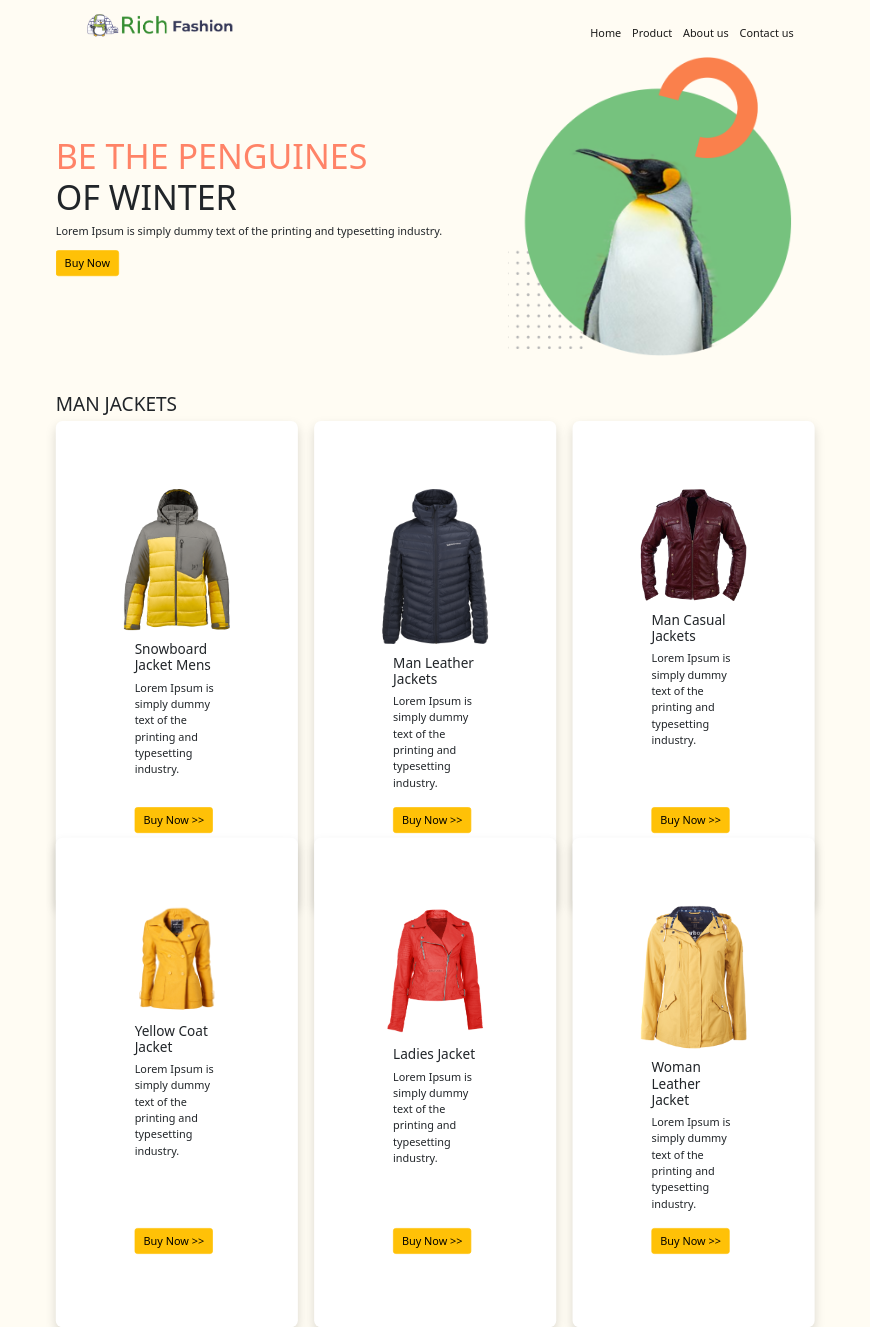
Repository: sabbircse3/fashion
Page: index.html
These files come from the project's save history. The page is drawn as it stood at one moment and after a run of saves; the edit follows.
The browser window is 1280 px wide. The pictures show the whole page, at 68% of full size.

Above is the page before, as saved 2021-01-14 02:37:17.

### index.html
<!DOCTYPE html>
<html lang="en">
<head>
    <meta charset="UTF-8">
    <meta name="viewport" content="width=device-width, initial-scale=1.0">
    <title>Rich Fashion</title>

    <link rel="stylesheet" href="css/bootstrap.min.css">
    <style>
        .bg{
            background-color: #fffbf0be;
        }
        #hmenu{
            margin: 20px 0px 0px 500px;
        }
        .half-width{
            width: 35%;
            float: left;
            margin-left: 9%;
            padding-left: 2%;
        }
        .half-width h1{
            margin-top: 150px;
        }
        .half-width img{
            width: 100%;
        }
        section{
            height: 550px;
        }
        h1{
            font-size: 50px;
        }
        h2{
            font-size: 40px;
        }
        .name-highlight{
            color: #FF8367;
        }
        .cat1, .cat2, .cat3{
    padding: 10px 30px;
    border-radius: 10px;
}
.cat1{
    background-color: orange;
}
.cat2{
    background-color: orchid;
}
.cat3{
    background-color: blue;
}
.categories h1{
    color: white;
}
.categories img{
    width: 100px;
}
.card{
    border: none;
    border-radius: 10px;
    box-shadow: 5px 5px 10px rgb(124, 82, 82);
    padding: 100px;
}
.card-footer{
    background-color: white;
    border-top: none;
}


    </style>
</head>
<body class="bg">
    <header class="container">

        <nav class="navbar navbar-expand-lg navbar-light ">
            <div class="container-fluid">

              <a class="navbar-brand" href="#"><img src="images/Group 33072.png" alt="" width="250px"></a>

              <button class="navbar-toggler" type="button" data-bs-toggle="collapse" data-bs-target="#navbarNavAltMarkup" aria-controls="navbarNavAltMarkup" aria-expanded="false" aria-label="Toggle navigation">
                <span class="navbar-toggler-icon"></span>
              </button>

              <div class="collapse navbar-collapse hmenu"navbarNavAltMarkup">

                <div  class="navbar-nav" id="hmenu" >
                  <a class="nav-link active" aria-current="page" href="#">Home</a>
                  <a class="nav-link active" href="#">Product</a>
                  <a class="nav-link active" href="#">About us</a>
                  <a class="nav-link active" href="#" tabindex="-1" aria-disabled="true">Contact us</a>
                </div>
              </div>
            </div>
          </nav>
    </header>


    <div class="container">
        <div id="carouselExampleControls" class="carousel slide orange-bg" data-ride="carousel">
            <div class="carousel-inner">
              <div class="carousel-item active">
                <div class="row align-items-center">
                    <div class="col-md-7">
                        <h1><span class="name-highlight">BE THE PENGUINES <br></span>OF WINTER</h1>
                        <p>Lorem Ipsum is simply dummy text of the printing and typesetting industry.</p>
                        <button class="btn btn-warning">Buy Now</button>
                    </div>
                    <div class="col-md-5">
                        <img src="images/penguin.png" class="d-block w-100" alt="...">
                    </div>
                </div>



            </div>

          </div>
    </div>

    <section class="mt-5">
        <h3>MAN JACKETS</h3>
        <div class="row row-cols-1 row-cols-md-3 g-4">
            <div class="col">
                <div class="card h-100 shadow">
                    <img src="images/image 11.png" class="card-img-top" alt="...">
                    <div class="card-body">
                        <h5 class="card-title">Snowboard Jacket Mens</h5>
                        <p class="card-text">Lorem Ipsum is simply dummy text of the printing and typesetting industry.</p>
                    </div>
                    <div class="card-footer">
                        <button class="btn btn-warning">Buy Now >></button>
                    </div>
                </div>
            </div>
            <div class="col">
                <div class="card h-100 shadow">
                    <img src="images/toppng 1.png" class="card-img-top" alt="...">
                    <div class="card-body">
                        <h5 class="card-title">Man Leather Jackets</h5>
                        <p class="card-text">Lorem Ipsum is simply dummy text of the printing and typesetting industry.</p>
                    </div>
                    <div class="card-footer">
                        <button class="btn btn-warning">Buy Now >></button>
                    </div>
                </div>
            </div>
            <div class="col">
                <div class="card h-100 shadow">
                    <img src="images/vippng 1.png" class="card-img-top" alt="...">
                    <div class="card-body">
                        <h5 class="card-title">Man Casual Jackets</h5>
                        <p class="card-text">Lorem Ipsum is simply dummy text of the printing and typesetting industry.</p>
                    </div>
                    <div class="card-footer">
                        <button class="btn btn-warning">Buy Now >></button>
                    </div>
                </div>
            </div>
        </div>
    </section>

    <section class="mt-5">
        <h2>WOMAN JACKETS</h2>
        <div class="row row-cols-1 row-cols-md-3 g-4">
            <div class="col">
                <div class="card h-100 shadow">
                    <img src="images/SeekPng 1.png" class="card-img-top" alt="...">
                    <div class="card-body">
                        <h5 class="card-title">Yellow Coat Jacket</h5>
                        <p class="card-text">Lorem Ipsum is simply dummy text of the printing and typesetting industry.</p>
                    </div>
                    <div class="card-footer">
                        <button class="btn btn-warning">Buy Now >></button>
                    </div>
                </div>
            </div>
            <div class="col">
                <div class="card h-100 shadow">
                    <img src="images/image 15.png" class="card-img-top" alt="...">
                    <div class="card-body">
                        <h5 class="card-title">Ladies Jacket</h5>
                        <p class="card-text">Lorem Ipsum is simply dummy text of the printing and typesetting industry.</p>
                    </div>
                    <div class="card-footer">
                        <button class="btn btn-warning">Buy Now >></button>
                    </div>
                </div>
            </div>
            <div class="col">
                <div class="card h-100 shadow">
                    <img src="images/PngItem_2597366 1.png" class="card-img-top" alt="...">
                    <div class="card-body">
                        <h5 class="card-title">Woman Leather Jacket</h5>
                        <p class="card-text">Lorem Ipsum is simply dummy text of the printing and typesetting industry.</p>
                    </div>
                    <div class="card-footer">
                        <button class="btn btn-warning">Buy Now >></button>
                    </div>
                </div>
            </div>
        </div>
    </section>


    <script src="js/bootstrap.min.js"></script>
</body>
</html>

Loaded but not shown: css/bootstrap.min.css (library); js/bootstrap.min.js (library)

After the next 3 saves:
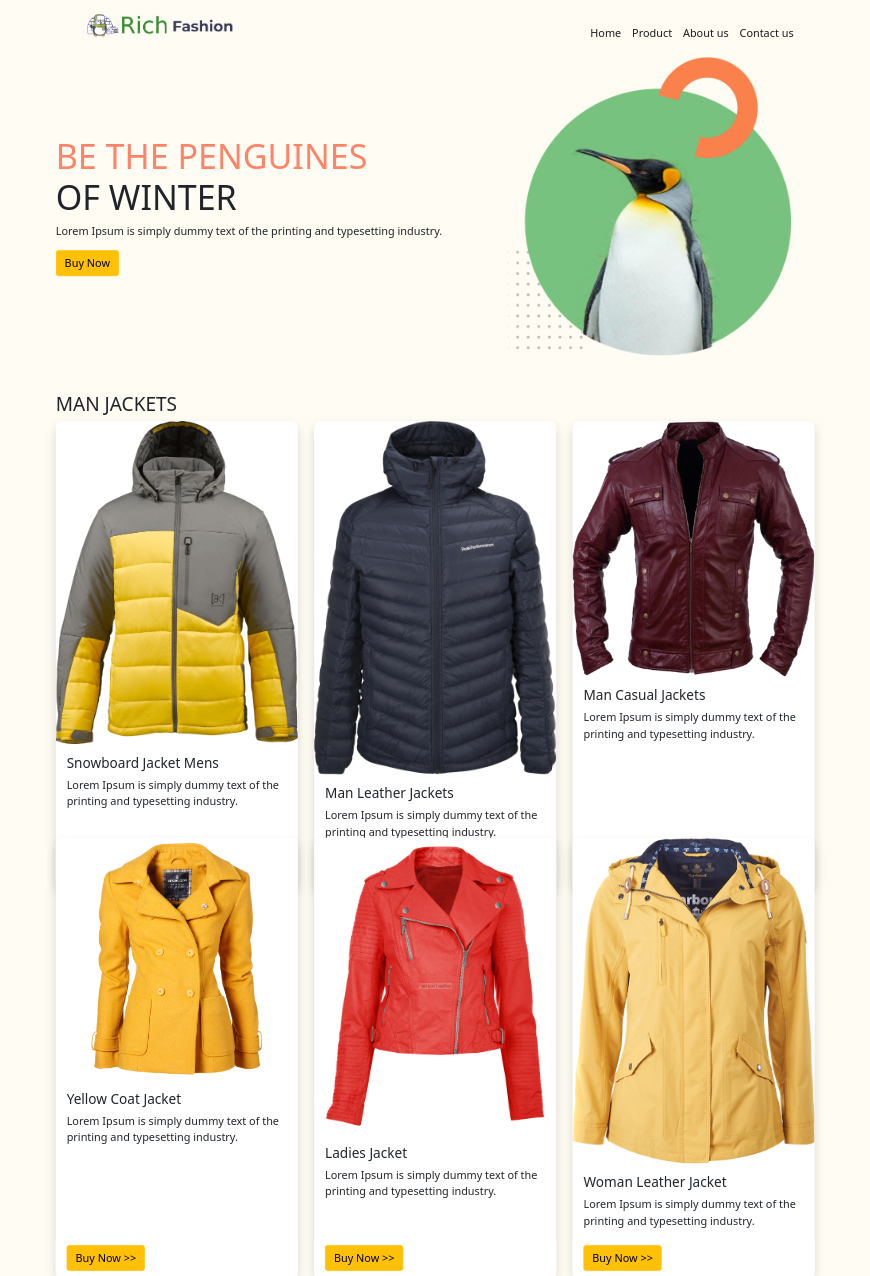
The 3 saves are shown as one change because they came seconds apart.
The last was saved 22 s later.
--- a/index.html
+++ b/index.html
@@ -55,12 +55,13 @@
 }
 .categories img{
     width: 100px;
+    padding: 100px;
 }
 .card{
     border: none;
     border-radius: 10px;
     box-shadow: 5px 5px 10px rgb(124, 82, 82);
-    padding: 100px;
+
 }
 .card-footer{
     background-color: white;
